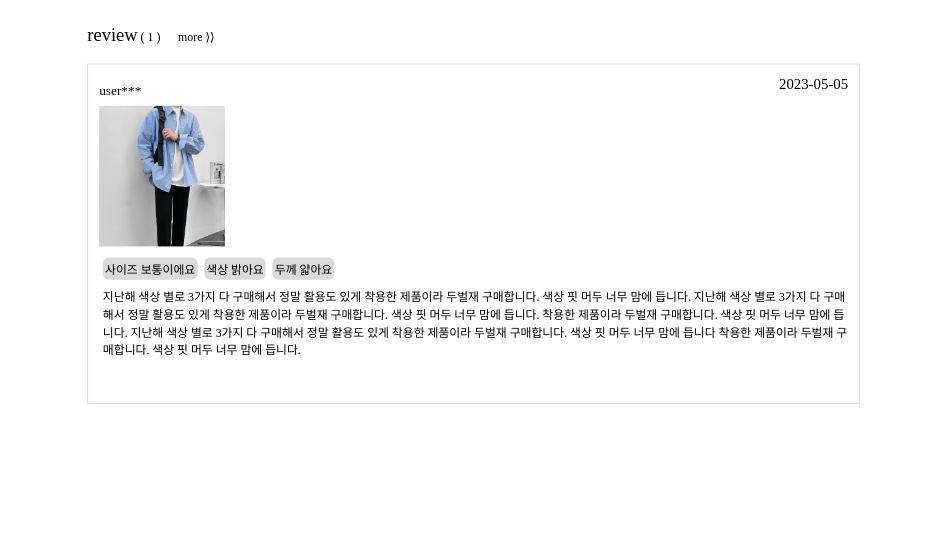
Repository: mcw9503/PassionForFashion
Page: Semi_Project/src/main/webapp/WEB-INF/reviewBoard.html
These files come from the project's save history. The page is drawn as it stood at one moment and after the next save; the edit follows.
The browser window is 1280 px wide. The pictures show the whole page, at 74% of full size.

Above is the page before, as saved 2023-05-08 13:39:40.

### Semi_Project/src/main/webapp/WEB-INF/reviewBoard.html
<!DOCTYPE html>
<html>
<head>
<meta charset="UTF-8">
<title>Insert title here</title>
</head>
<body>

<style>

.reviewComment {
	display: inline-block;
	background: rgb(218, 218, 218);
	border-radius: 8px;
	padding: 3px;
	color: black;
	margin-left: 5px;
}
</style>

<div class="reviewWrap"
		style="margin-left: 110px; margin-right: 110px; margin-top: 5px; margin-bottom: 15px;">
		<h3 style="display: inline-block; font-size: 25px; font-weight: 200;">review</h3>
		( <span>1</span> )
		<span style="margin-left: 20px; font-weight: 200;"> more &rang;&rang;</span>
		<div class="textbox" style="border: 1px solid lightgray; padding: 15px;">
			<div>
				<div class="nickName"
					style="font-size: 18px; margin-top: 10px; margin-bottom: 10px; display: inline-block; font-weight: 400;">user***</div>
				<span style="float: right; font-size: 20px; font-weight: 200;">2023-05-05</span>
			</div>
			<img src="img/review.jpg" alt=""
				style="width: 170px; height: 190px; display: inline-block; float: left; margin-bottom: 15px" />

			<div style="display: inline-block; width: 100%; margin-bottom: 30px;">
				<span class="reviewComment" style="font-weight: 400;">사이즈 보통이에요</span>
				<span class="reviewComment" style="font-weight: 400;">색상 밝아요</span>
				<span class="reviewComment" style="font-weight: 400;">두께 얇아요</span>

				<p style="margin-left: 5px; margin-top: 10px; font-weight: 200;">지난해 색상 별로 3가지 다
					구매해서 정말 활용도 있게 착용한 제품이라 두벌재 구매합니다. 색상 핏 머두 너무 맘에 듭니다. 지난해 색상 별로 3가지
					다 구매해서 정말 활용도 있게 착용한 제품이라 두벌재 구매합니다. 색상 핏 머두 너무 맘에 듭니다. 착용한 제품이라
					두벌재 구매합니다. 색상 핏 머두 너무 맘에 듭니다. 지난해 색상 별로 3가지 다 구매해서 정말 활용도 있게 착용한
					제품이라 두벌재 구매합니다. 색상 핏 머두 너무 맘에 듭니다 착용한 제품이라 두벌재 구매합니다. 색상 핏 머두 너무 맘에
					듭니다.</p>
			</div>
		</div>
	</div>

<div class="reviewWrap"></div>

<div class="reviewWrap"></div>

</body>
</html>

After the next save:
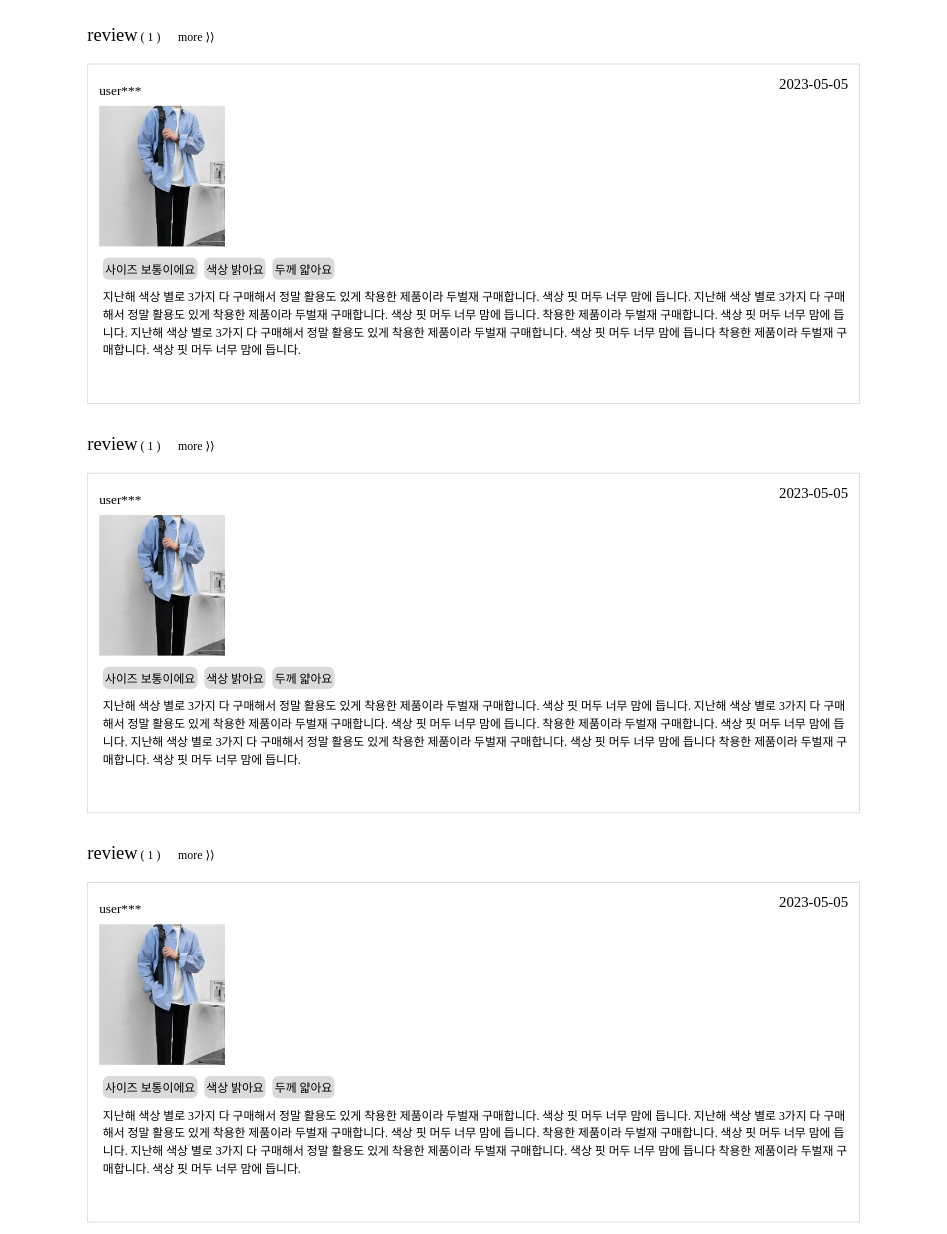
Saved 27 s later.
--- a/Semi_Project/src/main/webapp/WEB-INF/reviewBoard.html
+++ b/Semi_Project/src/main/webapp/WEB-INF/reviewBoard.html
@@ -47,9 +47,67 @@
 		</div>
 	</div>
 
-<div class="reviewWrap"></div>
+	<div class="reviewWrap"
+		style="margin-left: 110px; margin-right: 110px; margin-top: 5px; margin-bottom: 15px;">
+		<h3 style="display: inline-block; font-size: 25px; font-weight: 200;">review</h3>
+		( <span>1</span> )
+		<span style="margin-left: 20px; font-weight: 200;"> more &rang;&rang;</span>
+		<div class="textbox" style="border: 1px solid lightgray; padding: 15px;">
+			<div>
+				<div class="nickName"
+					style="font-size: 18px; margin-top: 10px; margin-bottom: 10px; display: inline-block; font-weight: 400;">user***</div>
+				<span style="float: right; font-size: 20px; font-weight: 200;">2023-05-05</span>
+			</div>
+			<img src="img/review.jpg" alt=""
+				style="width: 170px; height: 190px; display: inline-block; float: left; margin-bottom: 15px" />
 
-<div class="reviewWrap"></div>
+			<div style="display: inline-block; width: 100%; margin-bottom: 30px;">
+				<span class="reviewComment" style="font-weight: 400;">사이즈 보통이에요</span>
+				<span class="reviewComment" style="font-weight: 400;">색상 밝아요</span>
+				<span class="reviewComment" style="font-weight: 400;">두께 얇아요</span>
+
+				<p style="margin-left: 5px; margin-top: 10px; font-weight: 200;">지난해 색상 별로 3가지 다
+					구매해서 정말 활용도 있게 착용한 제품이라 두벌재 구매합니다. 색상 핏 머두 너무 맘에 듭니다. 지난해 색상 별로 3가지
+					다 구매해서 정말 활용도 있게 착용한 제품이라 두벌재 구매합니다. 색상 핏 머두 너무 맘에 듭니다. 착용한 제품이라
+					두벌재 구매합니다. 색상 핏 머두 너무 맘에 듭니다. 지난해 색상 별로 3가지 다 구매해서 정말 활용도 있게 착용한
+					제품이라 두벌재 구매합니다. 색상 핏 머두 너무 맘에 듭니다 착용한 제품이라 두벌재 구매합니다. 색상 핏 머두 너무 맘에
+					듭니다.</p>
+			</div>
+		</div>
+	</div>
+
+
+	<div class="reviewWrap"
+		style="margin-left: 110px; margin-right: 110px; margin-top: 5px; margin-bottom: 15px;">
+		<h3 style="display: inline-block; font-size: 25px; font-weight: 200;">review</h3>
+		( <span>1</span> )
+		<span style="margin-left: 20px; font-weight: 200;"> more &rang;&rang;</span>
+		<div class="textbox" style="border: 1px solid lightgray; padding: 15px;">
+			<div>
+				<div class="nickName"
+					style="font-size: 18px; margin-top: 10px; margin-bottom: 10px; display: inline-block; font-weight: 400;">user***</div>
+				<span style="float: right; font-size: 20px; font-weight: 200;">2023-05-05</span>
+			</div>
+			<img src="img/review.jpg" alt=""
+				style="width: 170px; height: 190px; display: inline-block; float: left; margin-bottom: 15px" />
+
+			<div style="display: inline-block; width: 100%; margin-bottom: 30px;">
+				<span class="reviewComment" style="font-weight: 400;">사이즈 보통이에요</span>
+				<span class="reviewComment" style="font-weight: 400;">색상 밝아요</span>
+				<span class="reviewComment" style="font-weight: 400;">두께 얇아요</span>
+
+				<p style="margin-left: 5px; margin-top: 10px; font-weight: 200;">지난해 색상 별로 3가지 다
+					구매해서 정말 활용도 있게 착용한 제품이라 두벌재 구매합니다. 색상 핏 머두 너무 맘에 듭니다. 지난해 색상 별로 3가지
+					다 구매해서 정말 활용도 있게 착용한 제품이라 두벌재 구매합니다. 색상 핏 머두 너무 맘에 듭니다. 착용한 제품이라
+					두벌재 구매합니다. 색상 핏 머두 너무 맘에 듭니다. 지난해 색상 별로 3가지 다 구매해서 정말 활용도 있게 착용한
+					제품이라 두벌재 구매합니다. 색상 핏 머두 너무 맘에 듭니다 착용한 제품이라 두벌재 구매합니다. 색상 핏 머두 너무 맘에
+					듭니다.</p>
+			</div>
+		</div>
+	</div>
+
+
+
 
 </body>
 </html>
